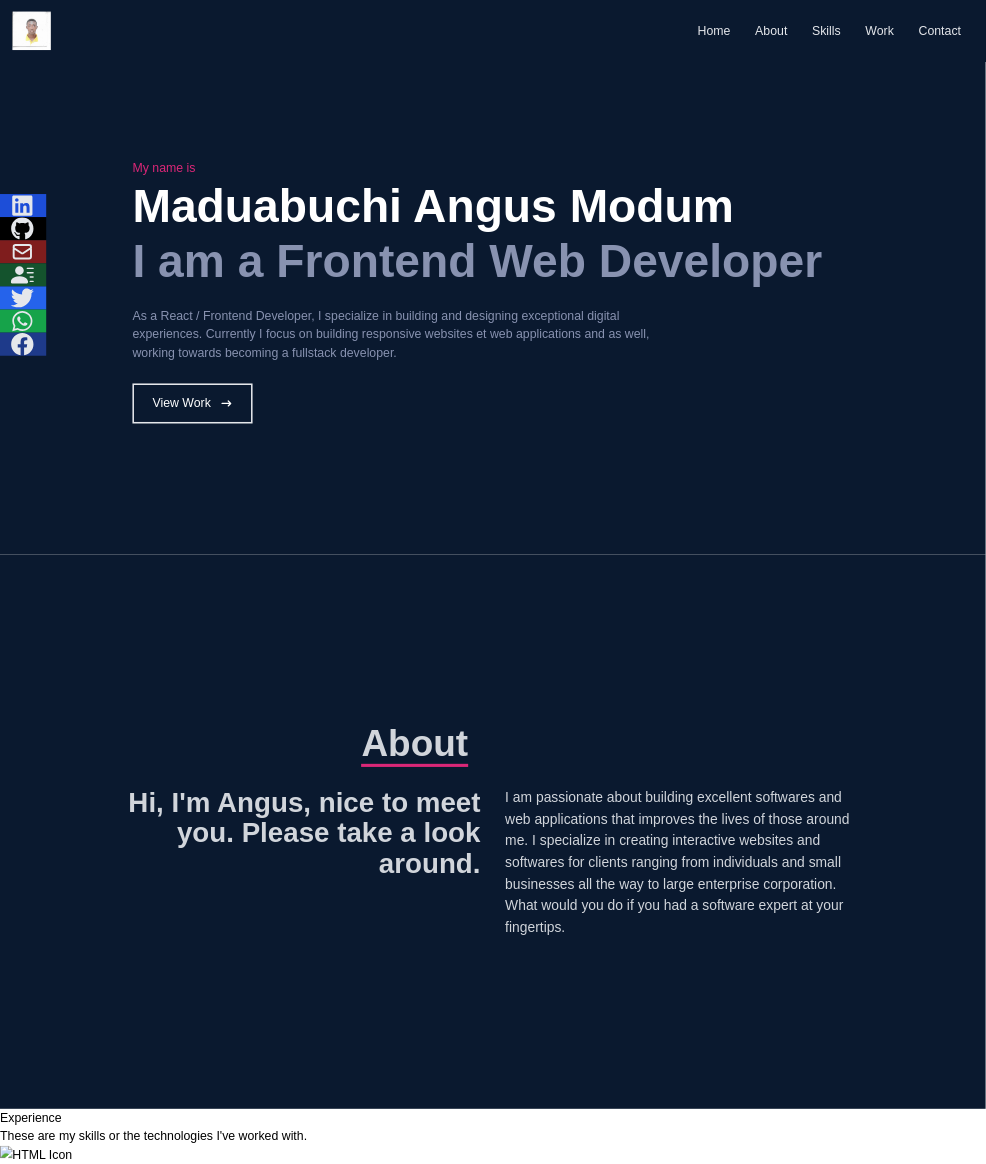
Repository: AngusOnyebuchi/Dashboard
Page: /
The author's editor kept a copy of each file at every save. The page is drawn from the files as they stood at one save, then again after the next save.
The browser window is 1280 px wide. The pictures show the whole page, at 77% of full size.
The project was rebuilt for these pictures with package versions that can differ from the ones it lists, and the page was loaded fresh each time.

Above is the page before, as saved 2022-04-14 12:13:02.

### public/index.html
<!DOCTYPE html>
<html lang="en">
  <head>
    <meta charset="utf-8" />
    <link rel="icon" href="%PUBLIC_URL%/favicon.ico" />
    <meta name="viewport" content="width=device-width, initial-scale=1" />
    <meta name="theme-color" content="#000000" />
    <meta
      name="description"
      content="Web site created using create-react-app"
    />
    <link rel="apple-touch-icon" href="%PUBLIC_URL%/logo192.png" />
    <!--
      manifest.json provides metadata used when your web app is installed on a
      user's mobile device or desktop. See https://developers.google.com/web/fundamentals/web-app-manifest/
    -->
    <link rel="manifest" href="%PUBLIC_URL%/manifest.json" />
    <!--
      Notice the use of %PUBLIC_URL% in the tags above.
      It will be replaced with the URL of the `public` folder during the build.
      Only files inside the `public` folder can be referenced from the HTML.

      Unlike "/favicon.ico" or "favicon.ico", "%PUBLIC_URL%/favicon.ico" will
      work correctly both with client-side routing and a non-root public URL.
      Learn how to configure a non-root public URL by running `npm run build`.
    -->
    <title>Angus Portfolio</title>
  </head>
  <body>
    <noscript>You need to enable JavaScript to run this app.</noscript>
    <div id="root"></div>
    <!--
      This HTML file is a template.
      If you open it directly in the browser, you will see an empty page.

      You can add webfonts, meta tags, or analytics to this file.
      The build step will place the bundled scripts into the <body> tag.

      To begin the development, run `npm start` or `yarn start`.
      To create a production bundle, use `npm run build` or `yarn build`.
    -->
  </body>
</html>

### src/index.js
import React from "react";
import ReactDOM from "react-dom";
import "./style.css"
import App from "./App";

ReactDOM.render(<App/>, document.getElementById("root"))

### src/style.css
@tailwind base;
@tailwind components;
@tailwind utilities;

@layer base {
    body{
        @apply font-[Sans-serif];
    }
    li {
        @apply px-4;
        @apply cursor-pointer;
    }
}

### src/App.js
import React from "react";
import NavBar from "./components/NavBar"
import Home from "./components/Home"
import About from "./components/About"
import Skills from "./components/Skills";

export default function App() {
    return (
        <div>
          <NavBar/>
          <Home/>
          <About/>
          <Skills/>
        </div>
    )
}

### src/components/NavBar.js
import React, {useState} from "react";
import {FaBars, FaTimes, FaGithub, FaFacebook, FaTwitter, FaWhatsapp, FaLinkedin} from "react-icons/fa"
import {HiOutlineMail} from "react-icons/hi"
import {BsFillPersonLinesFill} from "react-icons/bs"
import Logo from "../images/passport.jpg"

export default function NavBar() {

  const [nav, setNav] = useState(true)
  const handleClick = () => setNav(!nav)
  return(
    <div className="fixed w-full h-[80px] flex justify-between items-center px-4 bg-[#0a192f] text-gray-200 ">

       <div>
          <img src={Logo} alt="Logo Image" style={{width: "50px"}}/>
       </div>

         {/* Menu */}
         <ul className="hidden md:flex">
            <li className="hover:border-b-2 border-pink-600">Home</li>
            <li className="hover:border-b-2 border-pink-600">About</li>
            <li className="hover:border-b-2 border-pink-600">Skills</li>
            <li className="hover:border-b-2 border-pink-600">Work</li>
            <li className="hover:border-b-2 border-pink-600">Contact</li>
         </ul>

       {/* Hamburger */}
       <div onClick={handleClick} className="md:hidden z-10">
          {nav ? <FaBars/> : <FaTimes/>}
       </div>

       {/* Mobile menu*/}
       <ul className={nav ? "hidden" : "absolute top-0 left-0 w-full h-screen bg-inherit flex flex-col justify-center items-center md:hidden"}>
            <li className="py-6 text-4xl">Home</li>
            <li className="py-6 text-4xl">About</li>
            <li className="py-6 text-4xl">Skills</li>
            <li className="py-6 text-4xl">Work</li>
            <li className="py-6 text-4xl">Contact</li>
       </ul>

       {/**Social Icons */}
       <div className="hidden lg:flex fixed flex-col top-[35%] left-0">
         <ul>

           <li className="w-[160px] h-60px flex justify-between items-center ml-[-100px] hover:ml-[-10px] duration-300 bg-blue-700">
             <a className="flex justify-between items-center w-full text-gray-200 "
                href="/">
               LinkedIn <FaLinkedin size={30}/>
             </a>
           </li>

           <li className="w-[160px] h-60px flex justify-between items-center ml-[-100px] hover:ml-[-10px] duration-300 bg-black">
             <a className="flex justify-between items-center w-full text-gray-200 "
                href="/">
               Github <FaGithub size={30}/>
             </a>
           </li>

           <li className="w-[160px] h-60px flex justify-between items-center ml-[-100px] hover:ml-[-10px] duration-300 bg-red-900">
             <a className="flex justify-between items-center w-full text-gray-200 "
                href="/">
               Email <HiOutlineMail size={30}/>
             </a>
           </li>

           <li className="w-[160px] h-60px flex justify-between items-center ml-[-100px] hover:ml-[-10px] duration-300 bg-green-900">
             <a className="flex justify-between items-center w-full text-gray-200 "
                href="/">
               Resume <BsFillPersonLinesFill size={30}/>
             </a>
           </li>

           <li className="w-[160px] h-60px flex justify-between items-center ml-[-100px] hover:ml-[-10px] duration-300 bg-blue-600">
             <a className="flex justify-between items-center w-full text-gray-200 "
                href="/">
               Twitter <FaTwitter size={30}/>
             </a>
           </li>

           <li className="w-[160px] h-60px flex justify-between items-center ml-[-100px] hover:ml-[-10px] duration-300 bg-green-600">
             <a className="flex justify-between items-center w-full text-gray-200 "
                href="/">
               Whatsapp <FaWhatsapp size={30}/>
             </a>
           </li>

           <li className="w-[160px] h-60px flex justify-between items-center ml-[-100px] hover:ml-[-10px] duration-300 bg-blue-900">
             <a className="flex justify-between items-center w-full text-gray-200 "
                href="/">
               Facebook <FaFacebook size={30}/>
             </a>
           </li>

         </ul>
       </div>

    </div>
  )
}

### src/components/Home.js
import React from "react";
import { HiArrowNarrowRight} from "react-icons/hi"

export default function Home() {
    return (
        <div name="home" className="w-full h-screen bg-[#0a192f] ">

            {/** Container */}
            <div className="max-w-[1000px] mx-auto px-8 flex flex-col justify-center h-full">
               <p className="text-pink-600 mt-12 mb-2">My name is</p>
               <h1 className="text-3xl sm:text-6xl font-bold text-white">Maduabuchi Angus Modum</h1>
               <h2 className="text-4xl sm:text-6xl font-bold text-[#8892b0] py-3">I am a Frontend Web Developer </h2>
               <p className="text-[#8892b0] py-4 max-w-[700px]">As a React / Frontend Developer, I specialize in building and designing exceptional digital experiences. Currently I focus on building responsive websites et web applications and as well, working towards becoming a fullstack developer.</p>
               <div>
                   <button className="group text-white border-2 px-6 py-3 my-3 flex items-center hover:bg-pink-600 hover:border-pink-600">View Work
                   <span className="group-hover:rotate-90 duration-300"><HiArrowNarrowRight className="ml-3 "/></span> </button>
               </div>
            </div>
        </div>
    )
}

### src/components/About.js
import React from "react";
import {HiArrowNarrowRight} from "react-icons/hi"

export default function About() {
    return(
        <div name="about" className="w-full h-screen bg-[#0a192f] text-gray-300">
            <div className="flex flex-col justify-center items-center w-full h-full">
                <div className="max-w-[1000px] w-full px-4 grid grid-cols-2 gap-8">
                    <div className="sm:text-right pb-8 pr-4">
                        <p className="text-4xl sm:text-5xl font-bold inline border-b-4 border-pink-600">About</p>
                    </div>
                    <div></div>
                </div>
                <div className="max-w-[1000px] w-full grid sm:grid-cols-2 gap-8 px-4">
                    <div className="sm:text-right text-4xl font-bold">
                        <p>Hi, I'm Angus, nice to meet you. Please take a look around.</p>
                    </div>
                    <div>
                        <p className="text-md sm:text-lg">I am passionate about building excellent softwares and web applications that improves the lives of those around me.
                            I specialize in creating interactive websites and softwares for clients ranging from individuals and small businesses
                            all the way to large enterprise corporation. What would you do if you had a software expert at your fingertips.
                        </p>
                    </div>
                </div>
            </div>
        </div>
    )
}

### src/components/Skills.js
import React from "react";
import {FaHtml5, FaCss3, FaJsSquare, FaBootstrap, FaReact, FaNodeJs, FaGit, FaGithub} from "react-icons/fa"

export default function Skills() {
    return(
        <div name="skills">

            {/** Container */}
            <div>
                <div>
                    <p>Experience</p>
                    <p>These are my skills or the technologies I've worked with.</p>
                </div>
                <div>
                    <div>
                        <img src={FaHtml5} alt="HTML Icon"/>
                    </div>
                </div>
            </div>
        </div>
    )
}

Loaded but not shown: tailwind.config.js (common file)

After the next save:
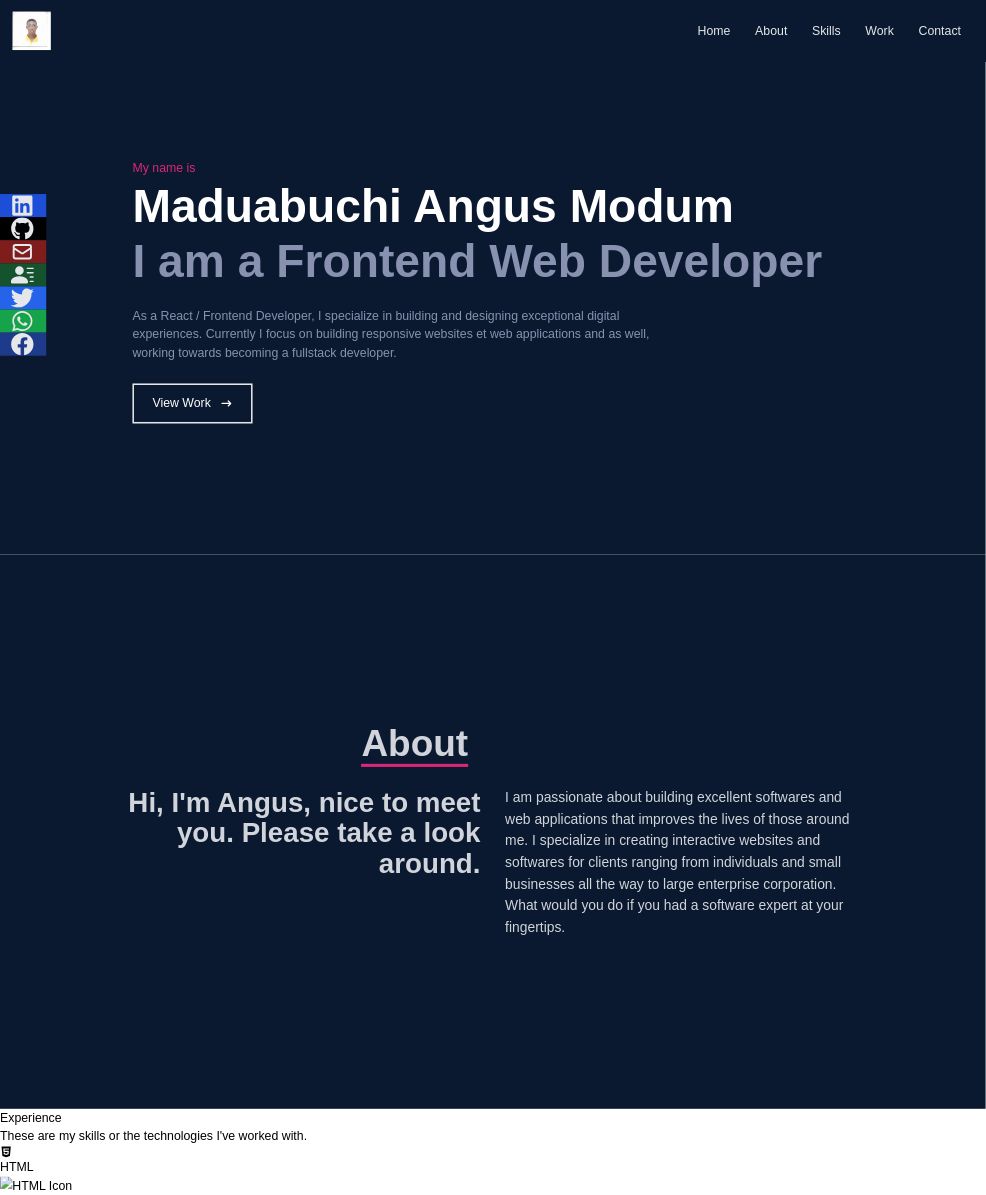
Saved 95 s later.
--- a/src/components/Skills.js
+++ b/src/components/Skills.js
@@ -13,6 +13,7 @@ export default function Skills() {
                 </div>
                 <div>
                     <div>
+                        <FaHtml5/> <p>HTML</p>
                         <img src={FaHtml5} alt="HTML Icon"/>
                     </div>
                 </div>
